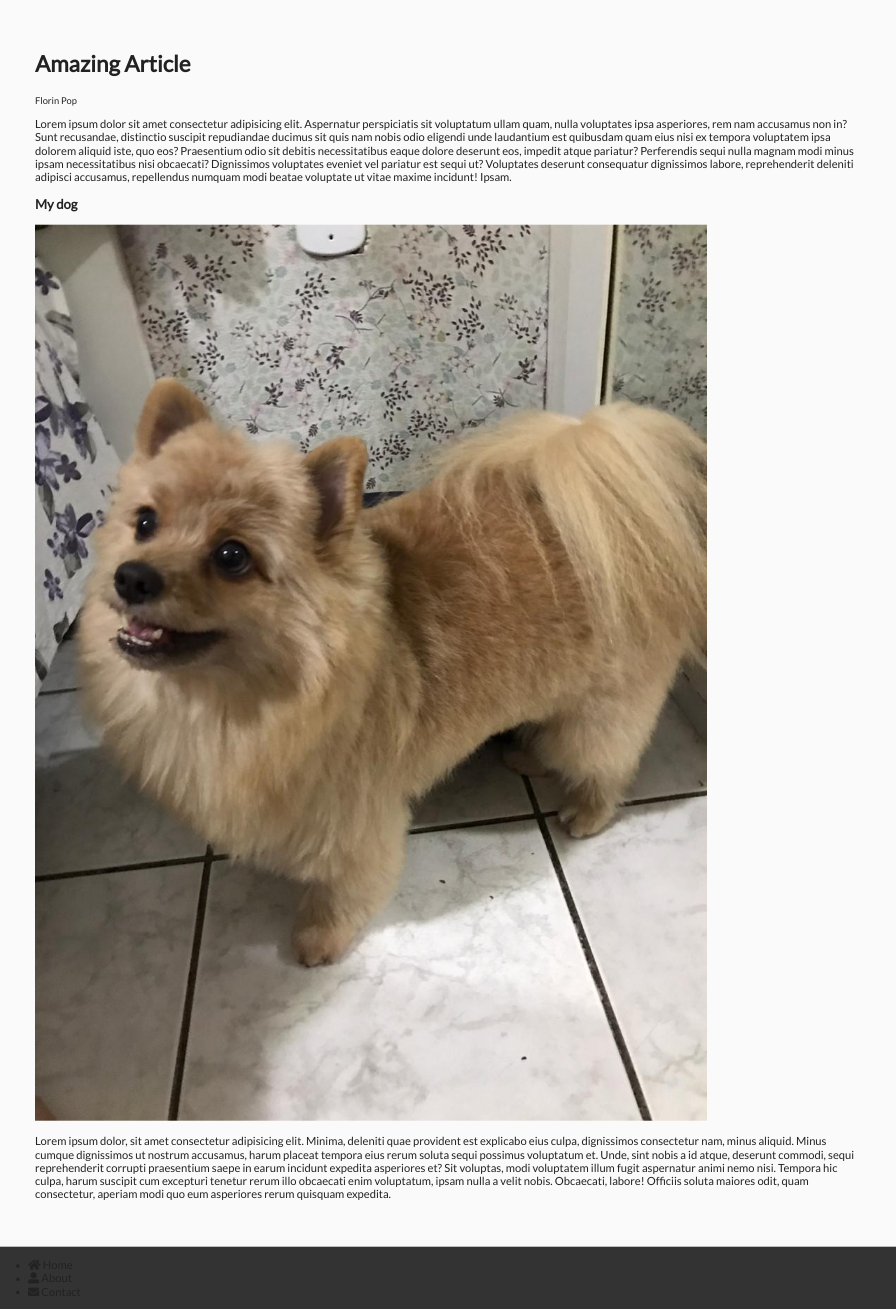
Repository: Williamlmachado/Rotating-Navigation
Page: index.html
The author's editor kept a copy of each file at every save. The page is drawn from the files as they stood at one save, then again after a run of saves.
The browser window is 1280 px wide. The pictures show the whole page, at 70% of full size.
Some web libraries are served in a nearby version.

Above is the page before, as saved 2021-08-13 09:41:59.

After the next 3 saves:
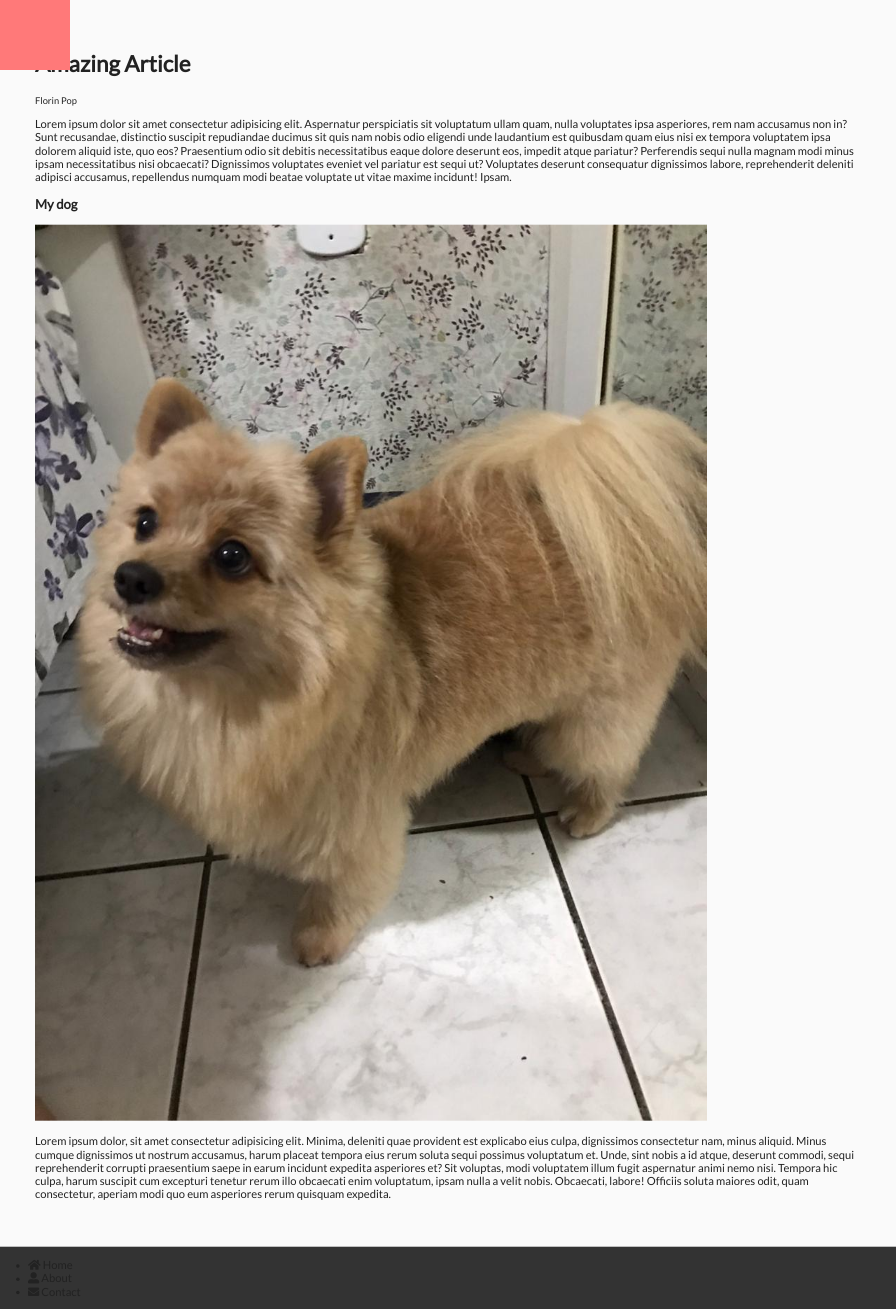
The 3 saves are shown as one change because they came seconds apart.
The last was saved 11 s later.
--- a/style.css
+++ b/style.css
@@ -30,5 +30,7 @@ body {
 
 .circle{
     background-color: #ff7979;
+    height: 200px;
+    width: 200px;
 
 }
